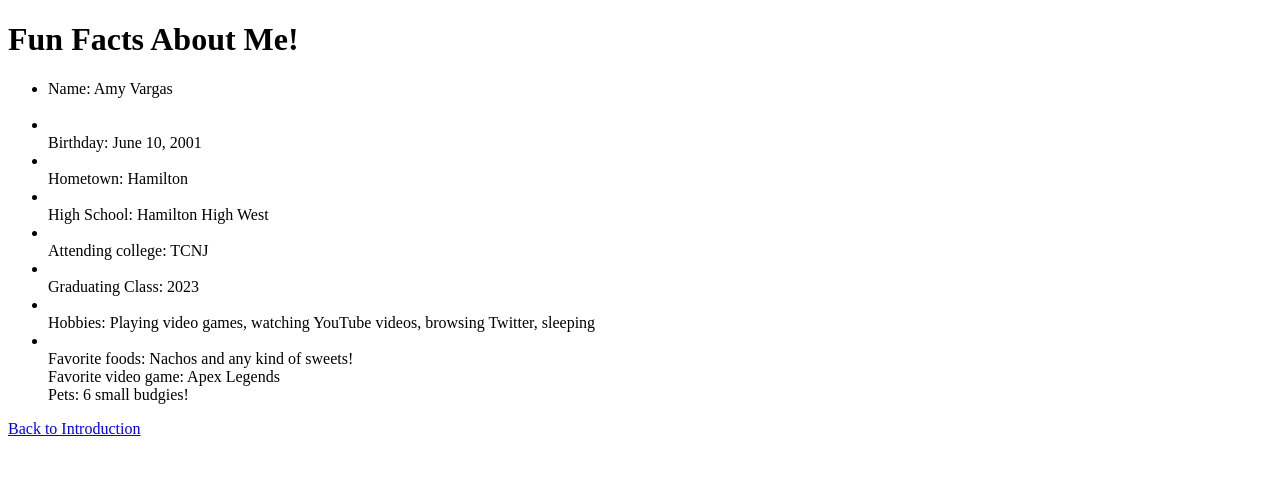
Repository: A-Vargas-GP/imm_my_website
Page: personal_site/personal/personal_facts.html
The author's editor kept a record of every edit. The page is drawn from the files as they stood at one moment, then again after the next edit.
The browser window is 1280 px wide. The pictures show the whole page.

Above is the page before.

After the next edit:
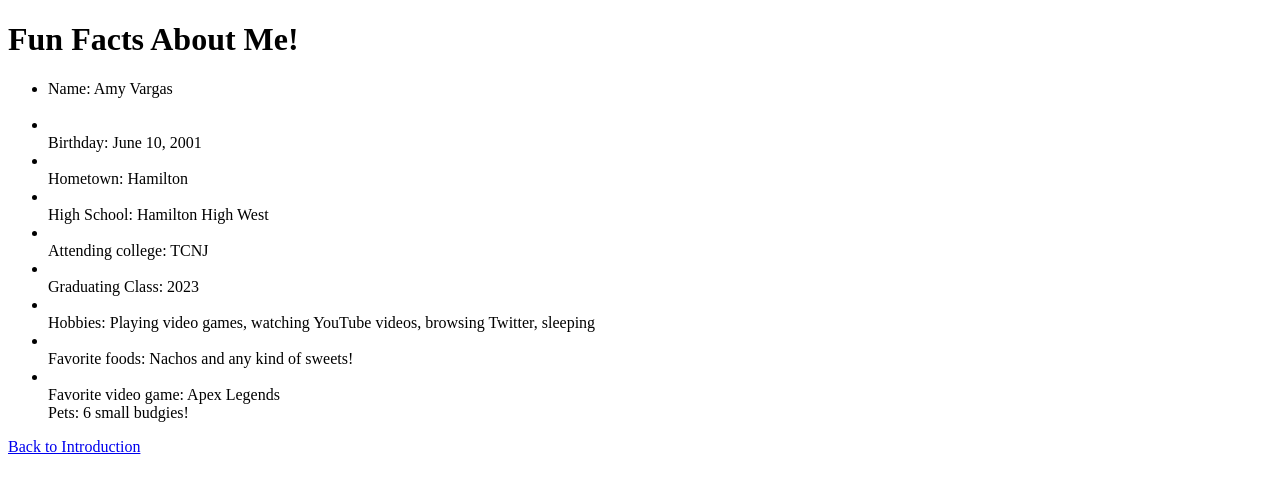
The edit:
--- a/personal_site/personal/personal_facts.html
+++ b/personal_site/personal/personal_facts.html
@@ -24,7 +24,7 @@
                 </br>
                 <li></li>Favorite foods: Nachos and any kind of sweets!
                 </br>
-                Favorite video game: Apex Legends
+                <li></li>Favorite video game: Apex Legends
                 </br>
                 Pets: 6 small budgies!
             </ul>
